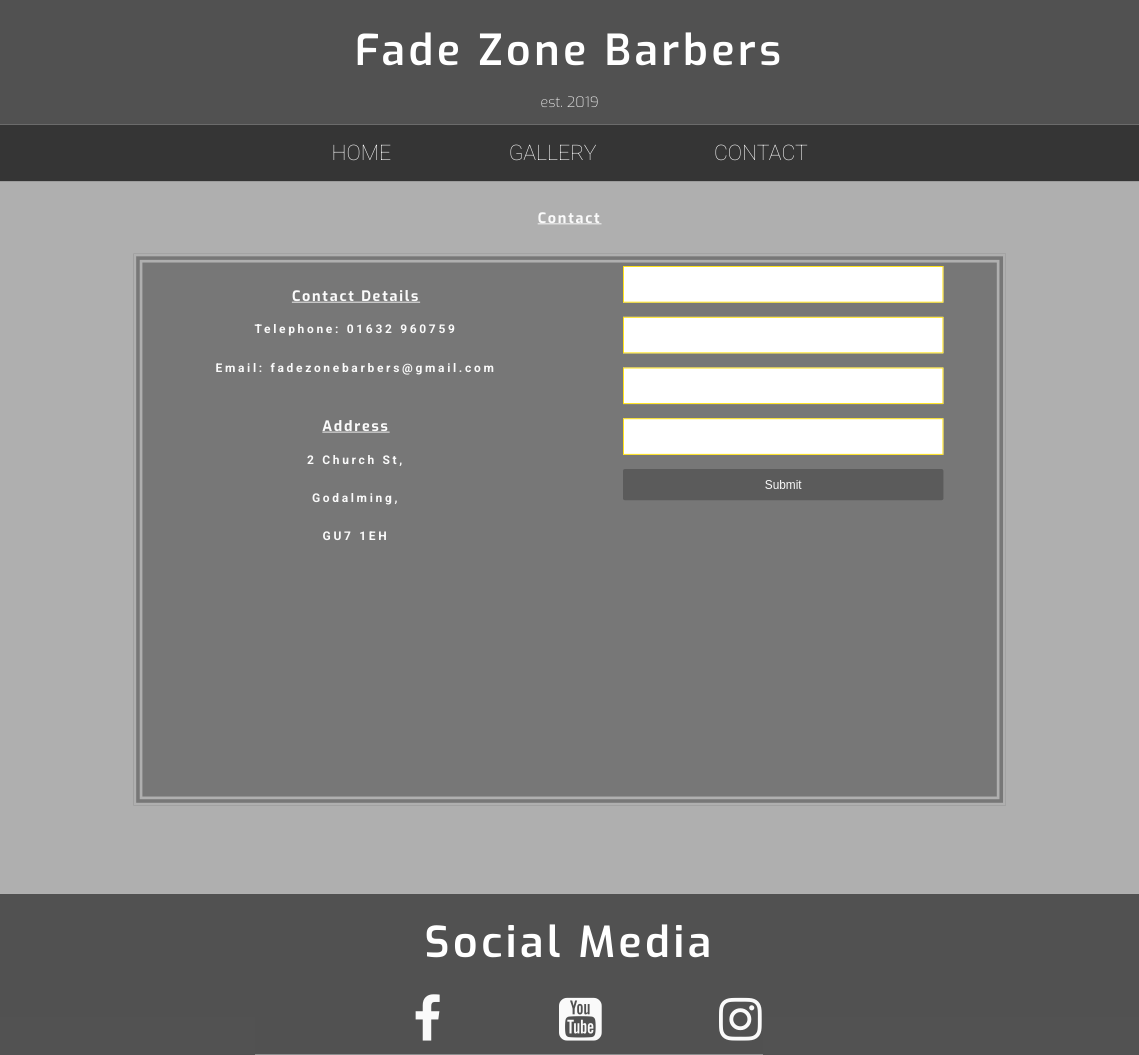
Repository: Boofy360/fade-zone-barbers
Page: contact.html
The author's editor kept a record of every edit. The page is drawn from the files as they stood at one moment, then again after the next edit.
The browser window is 1280 px wide. The pictures show the whole page, at 89% of full size.

Above is the page before.

After the next edit:
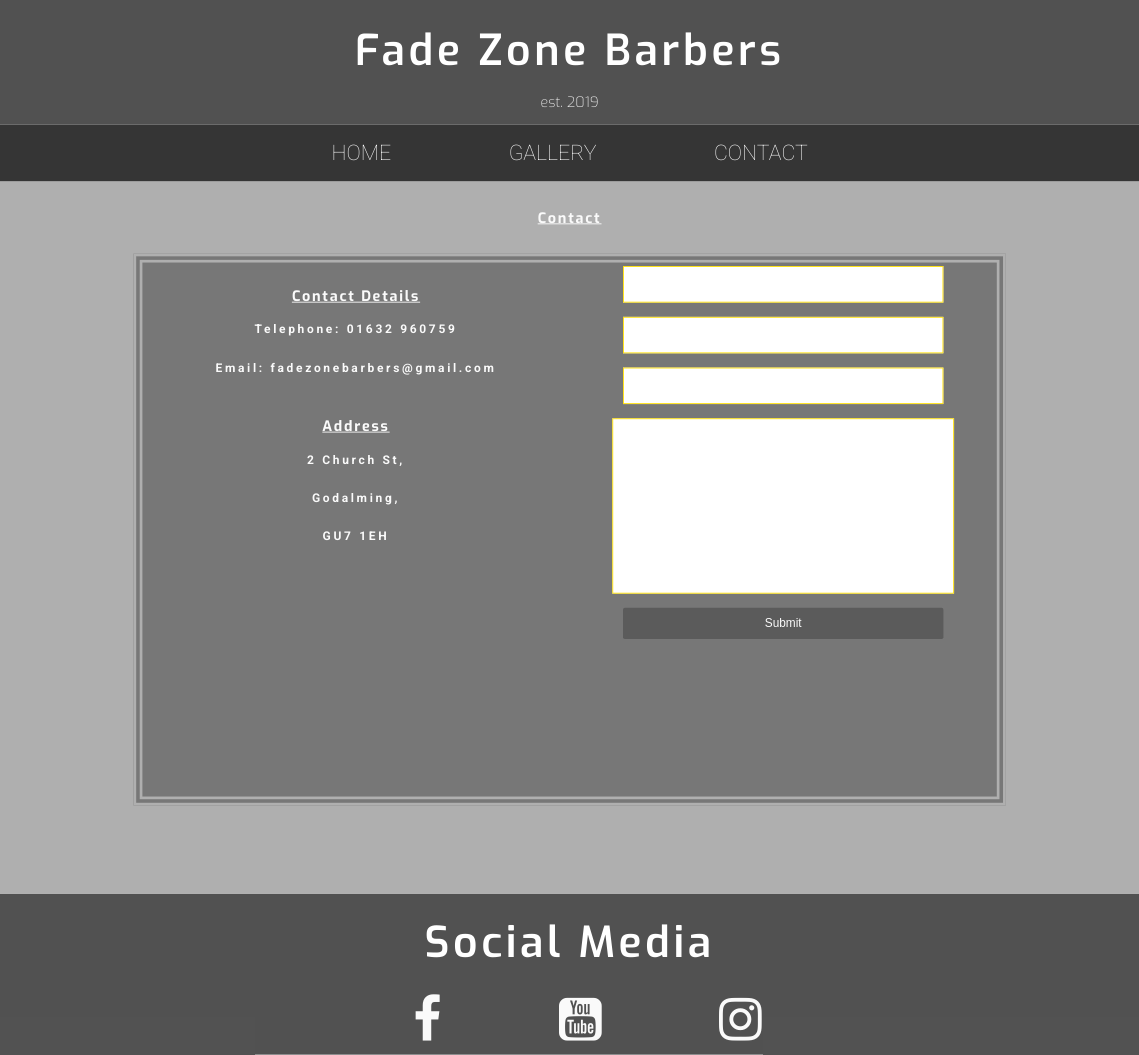
The edit:
--- a/contact.html
+++ b/contact.html
@@ -46,10 +46,10 @@
             </div>
             <div id="right-contact">
                 <form>
-                    <input type="text" name=""/>
-                    <input type="text" name=""/>
-                    <input type="text" name=""/>
-                    <input type="text" name=""/>
+                    <input type="text" name="firstname"/>
+                    <input type="text" name="lastname"/>
+                    <input type="text" name="email"/>
+                    <input type="text" name="message"/>
                     <input type="submit" value="Submit"/>
                 </form>
             </div>
